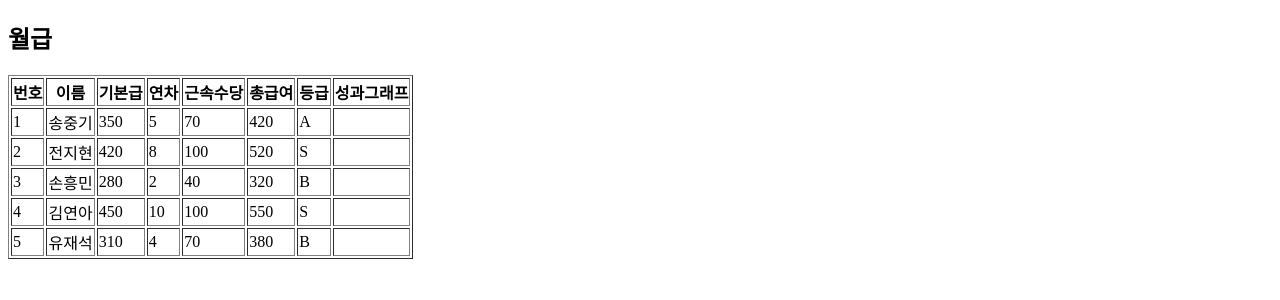
Repository: kkj68106810-dot/jsp2026
Page: http://localhost/chapter01/example_salary.jsp
These files come from the project's save history. The page is drawn as it stood at one moment and after the next save; the edit follows.
The browser window is 1280 px wide. The pictures show the whole page.
The page is served by Tomcat 9.

Above is the page before, as saved 2026-10-16 07:18:56.

### chapter01/src/main/webapp/example_salary.jsp
<%@ page language="java" contentType="text/html; charset=UTF-8"
    pageEncoding="UTF-8" import="java.util.*" %>
<!DOCTYPE html>
<html>
<head>
<meta charset="UTF-8">
<title>Insert title here</title>
</head>
<body>
	<%!
		String[] names = {"송중기", "전지현", "손흥민", "김연아", "유재석"};
		int[] basePays = {350, 420, 280, 450, 310};
		int[] years = {5, 8, 2, 10, 4};

		public int getBonus(int year) {
			int bonus;
			if(year >= 7){
				bonus = 100;
			} else if (year >= 4){
				bonus = 70;
			} else {
				bonus = 40;
			}

			return bonus;
		}

		public int getTotalPay(int basePay, int bonus) {
			int totalPay = basePay + bonus;
			return totalPay;
		}

		public String getGrade(int totalPay) {
			String returnGrade = "";
			if(totalPay >= 500) {
				returnGrade = "S";
			} else if (totalPay >=400) {
				returnGrade = "A";
			} else if (totalPay >=300) {
				returnGrade = "B";
			} else if (totalPay <300) {
				returnGrade = "C";
			}
			return returnGrade;
		}

	%>

	<h2>월급</h2>
	<table border="1">
		<tr>
			<th>번호</th>
			<th>이름</th>
			<th>기본급</th>
			<th>연차</th>
			<th>근속수당</th>
			<th>총급여</th>
			<th>등급</th>
			<th>성과그래프</th>
		</tr>

		<% for(int i = 0; i < names.length; i++) {
			int bonus = getBonus(years[i]);
			int totalPay = getTotalPay(basePays[i], bonus);
			String grade = getGrade(totalPay);
		%>
		<tr style="<%= totalPay < 400 ? "#fff3cd" : ""  %> ">


			<td>
				<%=i+1%>
			</td>
			<td>
				<%=names[i]%>
			</td>
			<td>
				<%=basePays[i]%>
			</td>
			<td>
				<%=years[i]%>
			</td>
			<td>
				<%=bonus%>
			</td>
			<td>
				<%=totalPay%>
			</td>
			<td>
				<%=grade%>
			</td>
			<td>

			</td>


		</tr>
		<% } %>
	</table>
</body>
</html>

After the next save:
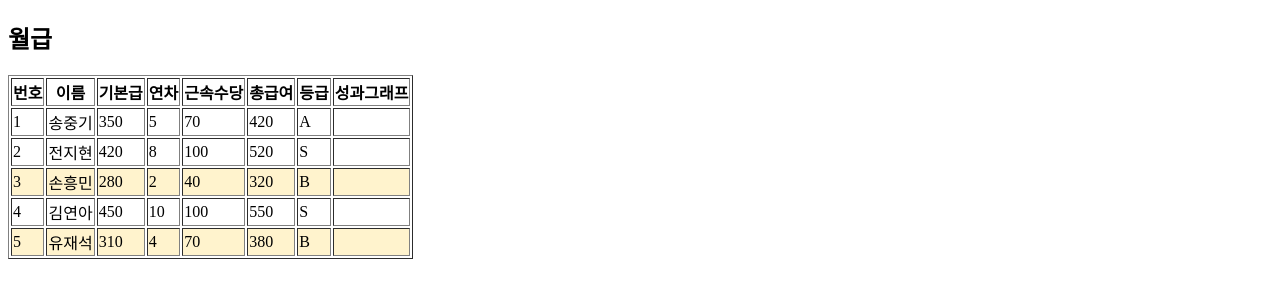
Saved 26 s later.
--- a/chapter01/src/main/webapp/example_salary.jsp
+++ b/chapter01/src/main/webapp/example_salary.jsp
@@ -64,7 +64,7 @@
 			int totalPay = getTotalPay(basePays[i], bonus);
 			String grade = getGrade(totalPay);
 		%>
-		<tr style="<%= totalPay < 400 ? "#fff3cd" : ""  %> ">
+		<tr style="background-color: <%= totalPay < 400 ? "#fff3cd" : ""  %> ">
 
 
 			<td>
